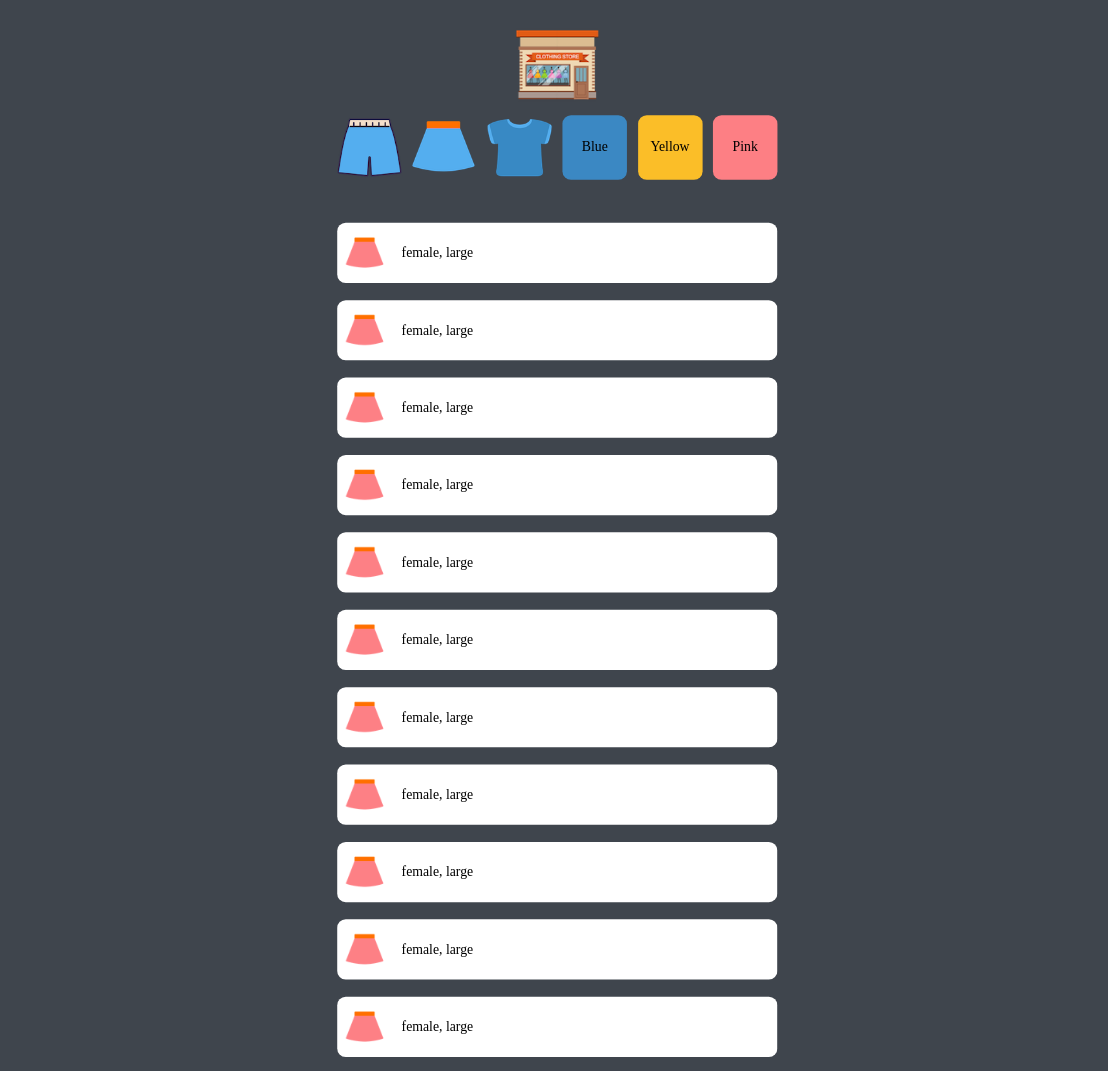
Repository: Jay-JYKim91/elle-shopping-mall
Page: index.html
The author's editor kept a copy of each file at every save. The page is drawn from the files as they stood at one save, then again after the next save.
The browser window is 1280 px wide. The page is 1288 px wide, so the pictures cover 1288 px, including what lies to the right of the window. The pictures show the whole page, at 86% of full size.

Above is the page before, as saved 2021-07-26 19:44:44.

After the next save:
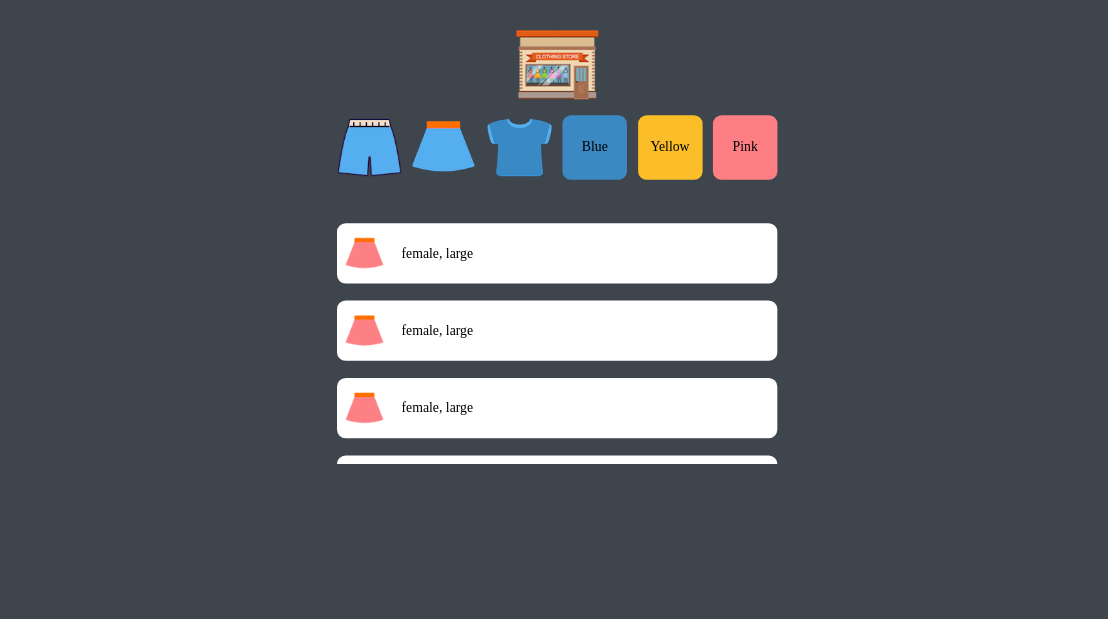
Saved 25 s later.
--- a/style.css
+++ b/style.css
@@ -49,6 +49,7 @@ body {
   background-color: var(--color-pink);
 }
 .lists {
+  height: 300px;
   overflow-y: scroll;
   padding: 0;
   margin-top: 30px;
